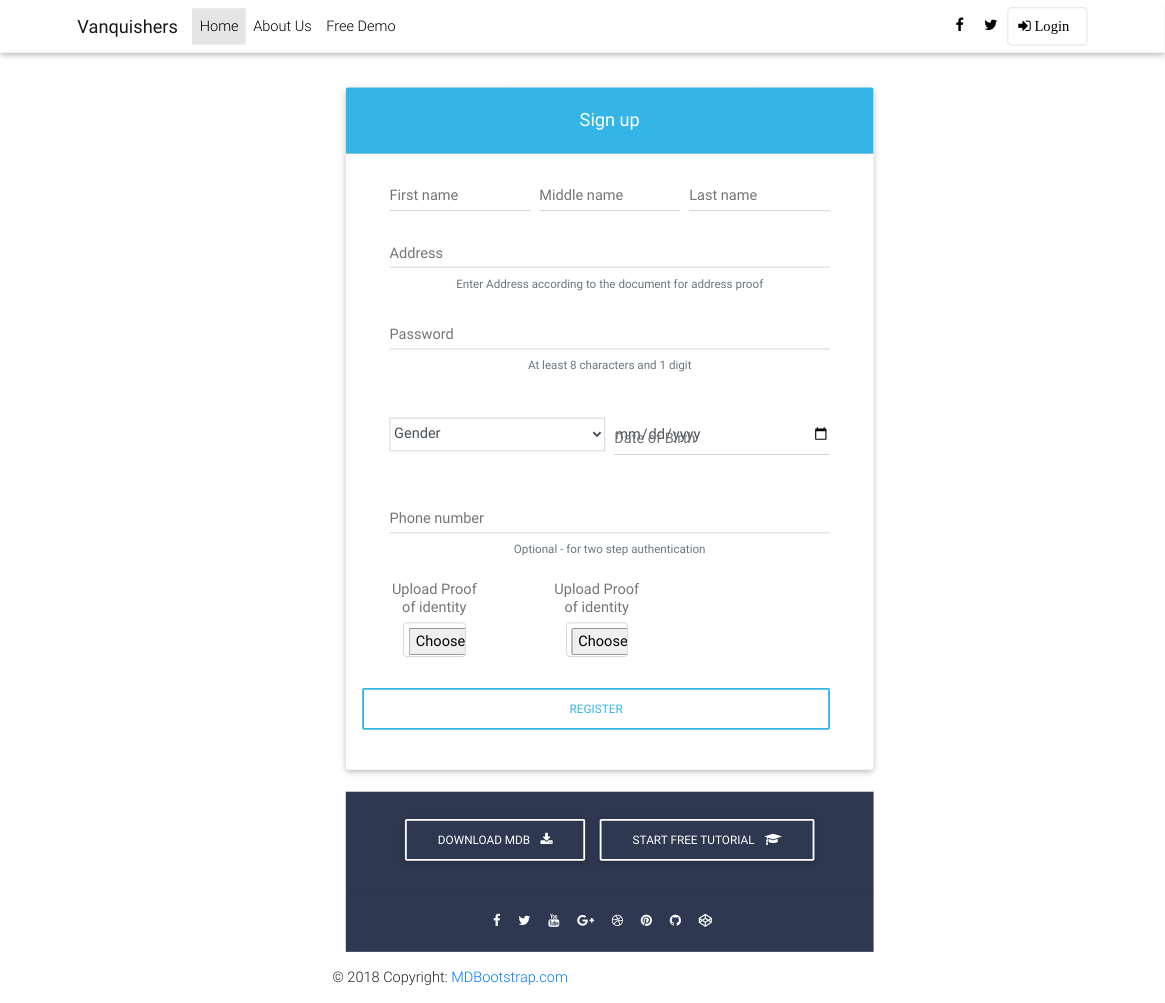
Repository: KJSCEhack/KJSCE_Vanquishers
Page: http://localhost/demo.php
An editor plug-in stored every save of this project. The page is shown before and after the next save, followed by the edit.
The browser window is 1280 px wide. The pictures show the whole page, at 91% of full size.
The page is run by PHP 8.4 with error messages shown; the project is at /var/www/html/.

Above is the page before, as saved 2018-10-06 10:28:05.
Console error: TypeError: $(...).material_select is not a function

### demo.php
<?php
$hostname="localhost";
$dbname="kjsce_hackathon";
$Username="root";
$Password="qweasdzxc";

$conn = mysqli_connect($hostname,$Username,$Password,$dbname);

if(!$conn)
{
    die("connection failed:" .mysqli_connect_error());

}
mysqli_close($conn);

?>
<!DOCTYPE html>
<html lang="en">

<head>
    <meta charset="utf-8">
    <meta name="viewport" content="width=device-width, initial-scale=1, shrink-to-fit=no">
    <meta http-equiv="x-ua-compatible" content="ie=edge">
    <title>Material Design Bootstrap</title>
    <!-- Font Awesome -->
    <link rel="stylesheet" href="https://maxcdn.bootstrapcdn.com/font-awesome/4.7.0/css/font-awesome.min.css">
    <!-- Bootstrap core CSS -->
    <link href="css/bootstrap.min.css" rel="stylesheet">
    <!-- Material Design Bootstrap -->
    <link href="css/mdb.min.css" rel="stylesheet">
    <!-- Your custom styles (optional) -->
    <link href="css/style.min.css" rel="stylesheet">
</head>

<body>

    <!--Main Navigation-->
    <header>

        <!-- Navbar -->
        <nav class="navbar fixed-top navbar-expand-lg navbar-light white scrolling-navbar">
            <div class="container">

                <!-- Brand -->
      <a class="navbar-brand" href="https://mdbootstrap.com/material-design-for-bootstrap/" target="_blank">
        <strong>Vanquishers</strong>
      </a>

      <!-- Collapse -->
      <button class="navbar-toggler" type="button" data-toggle="collapse" data-target="#navbarSupportedContent" aria-controls="navbarSupportedContent"
        aria-expanded="false" aria-label="Toggle navigation">
        <span class="navbar-toggler-icon"></span>
      </button>

      <!-- Links -->
      <div class="collapse navbar-collapse" id="navbarSupportedContent">

        <!-- Left -->
        <ul class="navbar-nav mr-auto">
          <li class="nav-item active">
            <a class="nav-link" href="#">Home
              <span class="sr-only">(current)</span>
            </a>
          </li>
          <li class="nav-item">
            <a class="nav-link" href="https://mdbootstrap.com/material-design-for-bootstrap/" target="_blank">About Us</a>
          </li>
          <li class="nav-item">
            <a class="nav-link" href="https://mdbootstrap.com/getting-started/" target="_blank">Free Demo</a>
          </li>
        </ul>

        <!-- Right -->
        <ul class="navbar-nav nav-flex-icons">
          <li class="nav-item">
            <a href="https://www.facebook.com/mdbootstrap" class="nav-link" target="_blank">
              <i class="fa fa-facebook"></i>
            </a>
          </li>
          <li class="nav-item">
            <a href="https://twitter.com/MDBootstrap" class="nav-link" target="_blank">
              <i class="fa fa-twitter"></i>
            </a>
          </li>
          <li class="nav-item">
            <a href="login_page.html" class="nav-link border border-light rounded"
              target="_blank">
              <i class="fa fa-sign-in mr-2">           Login</i>
            </a>
          </li>
        </ul>

      </div>

            </div>
        </nav>
        <!-- Navbar -->

    </header>
    <!--Main Navigation-->

    <!--Main layout-->

    <div class="col-md-6" style="float:left; margin-left:350px;">
    <main class="mt-5 pt-5">
        <div class="container">
            <!-- Material form register -->
            <div class="card">

            <h5 class="card-header info-color white-text text-center py-4">
                <strong>Sign up</strong>
            </h5>

            <!--Card content-->
            <div class="card-body px-lg-5 pt-0">

                <!-- Form -->
                <form class="text-center" style="color: #757575;">

                    <div class="form-row">
                        <div class="col">
                            <!-- First name -->
                            <div class="md-form">
                                <input type="text" id="materialRegisterFormFirstName" class="form-control">
                                <label for="materialRegisterFormFirstName">First name</label>
                            </div>
                        </div>
                        <div class="col">
                            <!-- Last name -->
                            <div class="md-form">
                                <input type="text" id="materialRegisterFormMiddleName" class="form-control">
                                <label for="materialRegisterFormMiddleName">Middle name</label>
                            </div>
                        </div>
                        <div class="col">
                            <!-- Last name -->
                            <div class="md-form">
                                <input type="text" id="materialRegisterFormLastName" class="form-control">
                                <label for="materialRegisterFormLastName">Last name</label>
                            </div>
                        </div>
                    </div>

                    <!-- Address -->
                    <div class="md-form mt-0">
                        <input type="text" id="materialRegisterFormAddress" class="form-control">
                        <label for="materialRegisterFormAddress">Address</label>
                        <small id="materialRegisterFormPasswordHelpBlock" class="form-text text-muted mb-4">
                            Enter Address according to the document for address proof
                        </small>
                    </div>

                    <!-- Password -->
                    <div class="md-form">
                        <input type="password" id="materialRegisterFormPassword" class="form-control" aria-describedby="materialRegisterFormPasswordHelpBlock">
                        <label for="materialRegisterFormPassword">Password</label>
                        <small id="materialRegisterFormPasswordHelpBlock" class="form-text text-muted mb-4">
                            At least 8 characters and 1 digit
                        </small>
                    </div>

                    <div class="form-row">
                        <div class="col">
                            <div class="md-form">
                                <select id="materialRegisterFormGender" class="form-control mdb-select md-form colorful-select dropdown-primary">
                                    <option value="" disabled selected>Gender</option>
                                    <option value="M">Male</option>
                                    <option value="F">Female</option>
                                    <option value="O">Other</option>
                                </select>
                            </div>
                        </div>
                        <div class="col">
                            <div class="md-form">
                                <input type="date" class="form-control" id="materialRegisterFormDOB">
                                <label for="materialRegisterFormDOB">Date of Birth</label>
                            </div>
                        </div>
                    </div>

                    <!-- Phone number -->
                    <div class="md-form">
                        <input type="password" id="materialRegisterFormPhone" class="form-control" aria-describedby="materialRegisterFormPhoneHelpBlock">
                        <label for="materialRegisterFormPhone">Phone number</label>
                        <small id="materialRegisterFormPhoneHelpBlock" class="form-text text-muted mb-4">
                            Optional - for two step authentication
                        </small>
                    </div>


                    <div class="row">
                    <!-- left column -->
                    <div class="col-md-3">
                        <div class="text-center">

                        <h6>Upload Proof of identity</h6>


                        <div class="col-md-12">
                        <input type="file" class="form-control"  name="poi" class="col-md-8" style="float:left; padding:5px;/">
                        <br><br>

                        </div>
                        </div>
                        </div>


                    <div class="col-md-3" style="float:right; margin-left:50px"; >
                        <div class="text-center">

                        <h6>Upload Proof of identity</h6>


                        <div class="col-md-12">
                        <input type="file" class="form-control"  name="poi" class="col-md-8" style="float:left; padding:5px;/">
                        <br><br>

                        </div>

                        </div>

                        </div>








                    <!-- Sign up button -->
                    <button class="btn btn-outline-info btn-rounded btn-block my-4 waves-effect z-depth-0" type="submit">Register</button>





                </form>
                <!-- Form -->

            </div>

            </div>
            <!-- Material form register -->
        </div>



    </main>

    <!-- SCRIPTS -->
    <!-- JQuery -->
    <script type="text/javascript" src="js/jquery-3.3.1.min.js"></script>
    <!-- Bootstrap tooltips -->
    <script type="text/javascript" src="js/popper.min.js"></script>
    <!-- Bootstrap core JavaScript -->
    <script type="text/javascript" src="js/bootstrap.min.js"></script>
    <!-- MDB core JavaScript -->
    <script type="text/javascript" src="js/mdb.min.js"></script>
    <!-- Initializations -->
    <script type="text/javascript">
        // Animations initialization
        new WOW().init();
        // Material Select Initialization
        $(document).ready(function() {
            $('.mdb-select').material_select();
        });
    </script>



    <!--Footer-->
    <div class="col-md-12" style="width:100%">
    <footer class="page-footer text-center font-small mdb-color darken-2 mt-4 wow fadeIn">

        <!--Call to action-->
        <div class="pt-4">
            <a class="btn btn-outline-white" href="https://mdbootstrap.com/getting-started/" target="_blank" role="button">Download MDB
                <i class="fa fa-download ml-2"></i>
            </a>
            <a class="btn btn-outline-white" href="https://mdbootstrap.com/bootstrap-tutorial/" target="_blank" role="button">Start free tutorial
                <i class="fa fa-graduation-cap ml-2"></i>
            </a>
        </div>
        <!--/.Call to action-->

        <hr class="my-4">

        <!-- Social icons -->
        <div class="pb-4">
            <a href="https://www.facebook.com/mdbootstrap" target="_blank">
                <i class="fa fa-facebook mr-3"></i>
            </a>

            <a href="https://twitter.com/MDBootstrap" target="_blank">
                <i class="fa fa-twitter mr-3"></i>
            </a>

            <a href="https://www.youtube.com/watch?v=7MUISDJ5ZZ4" target="_blank">
                <i class="fa fa-youtube mr-3"></i>
            </a>

            <a href="https://plus.google.com/u/0/b/107863090883699620484" target="_blank">
                <i class="fa fa-google-plus mr-3"></i>
            </a>

            <a href="https://dribbble.com/mdbootstrap" target="_blank">
                <i class="fa fa-dribbble mr-3"></i>
            </a>

            <a href="https://pinterest.com/mdbootstrap" target="_blank">
                <i class="fa fa-pinterest mr-3"></i>
            </a>

            <a href="https://github.com/mdbootstrap/bootstrap-material-design" target="_blank">
                <i class="fa fa-github mr-3"></i>
            </a>

            <a href="http://codepen.io/mdbootstrap/" target="_blank">
                <i class="fa fa-codepen mr-3"></i>
            </a>
        </div>
        <!-- Social icons -->
</div>

        <!--Copyright-->
        <div class="footer-copyright py-3">
            © 2018 Copyright:
            <a href="https://mdbootstrap.com/bootstrap-tutorial/" target="_blank"> MDBootstrap.com </a>
        </div>
        <!--/.Copyright-->
    </div>

    </footer>
    <!--/.Footer-->

</body>

</html>

Loaded but not shown: css/bootstrap.min.css (library); css/mdb.min.css (library); css/style.min.css (common file); js/jquery-3.3.1.min.js (library); js/popper.min.js (library); js/bootstrap.min.js (library); js/mdb.min.js (library)

After the next save:
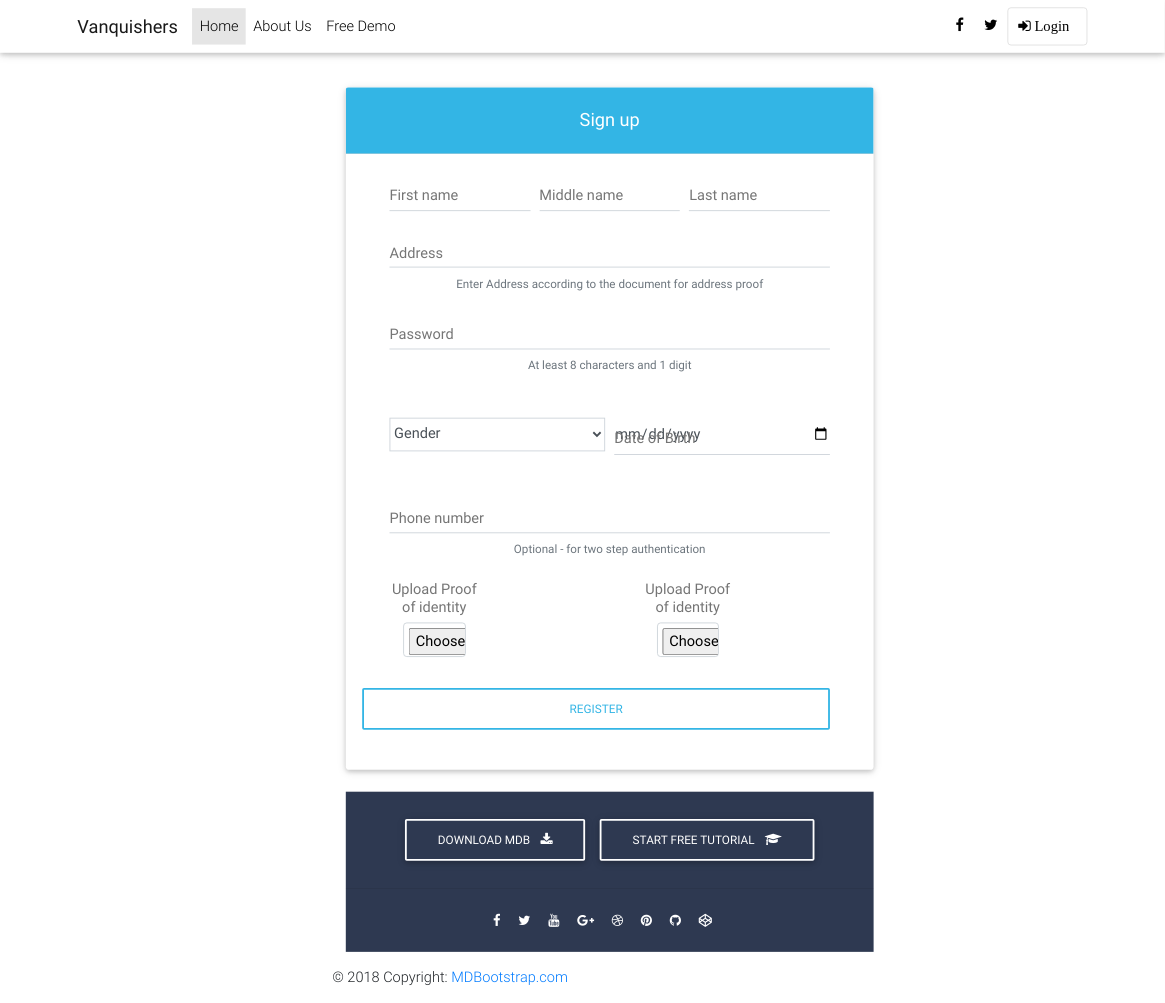
Saved 8 s later.
--- a/demo.php
+++ b/demo.php
@@ -205,7 +205,7 @@ mysqli_close($conn);
                         </div>
 
 
-                    <div class="col-md-3" style="float:right; margin-left:50px"; >
+                    <div class="col-md-3" style="float:right; margin-left:150px"; >
                         <div class="text-center">
 
                         <h6>Upload Proof of identity</h6>
